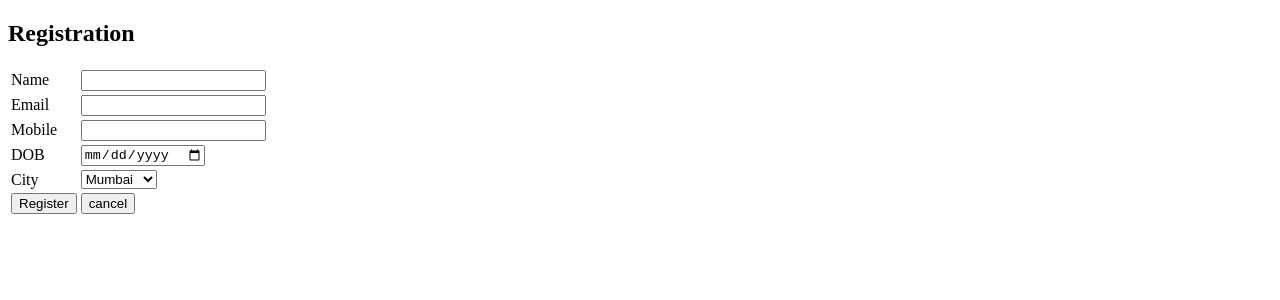
Repository: saurabh-7079/BookApp
Page: UserManagement/WebContent/index.html
An editor plug-in stored every save of this project. The page is shown before and after the next save, followed by the edit.
The browser window is 1280 px wide. The pictures show the whole page.

Above is the page before, as saved 2023-06-05 13:57:49.

After the next save:
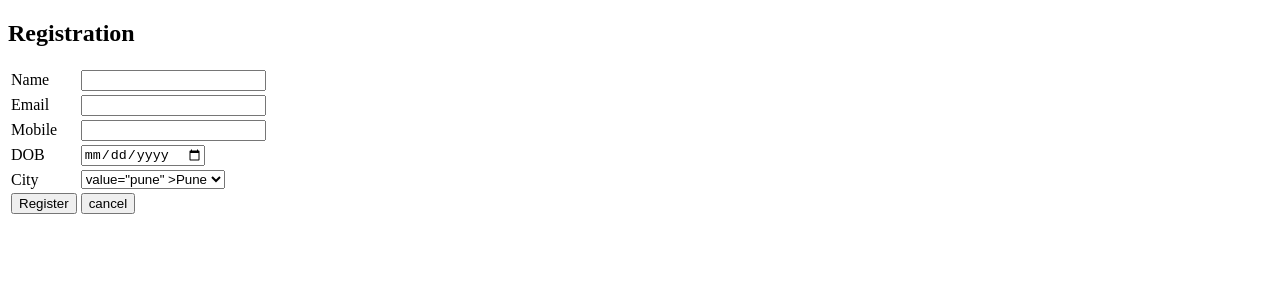
Saved 4 min 10 s later.
--- a/UserManagement/WebContent/index.html
+++ b/UserManagement/WebContent/index.html
@@ -26,8 +26,8 @@
       </tr>
       <tr>
       <td>City</td>
-      <td><select name="city>
-          <option> value="pune">Pune</option>
+      <td><select name="city">
+          <option> value="pune" >Pune</option>
           <option value="mumbai">Mumbai</option>
           <option value="delhi">Delhi</option>
           <option value="banglore">Banglore</option>
